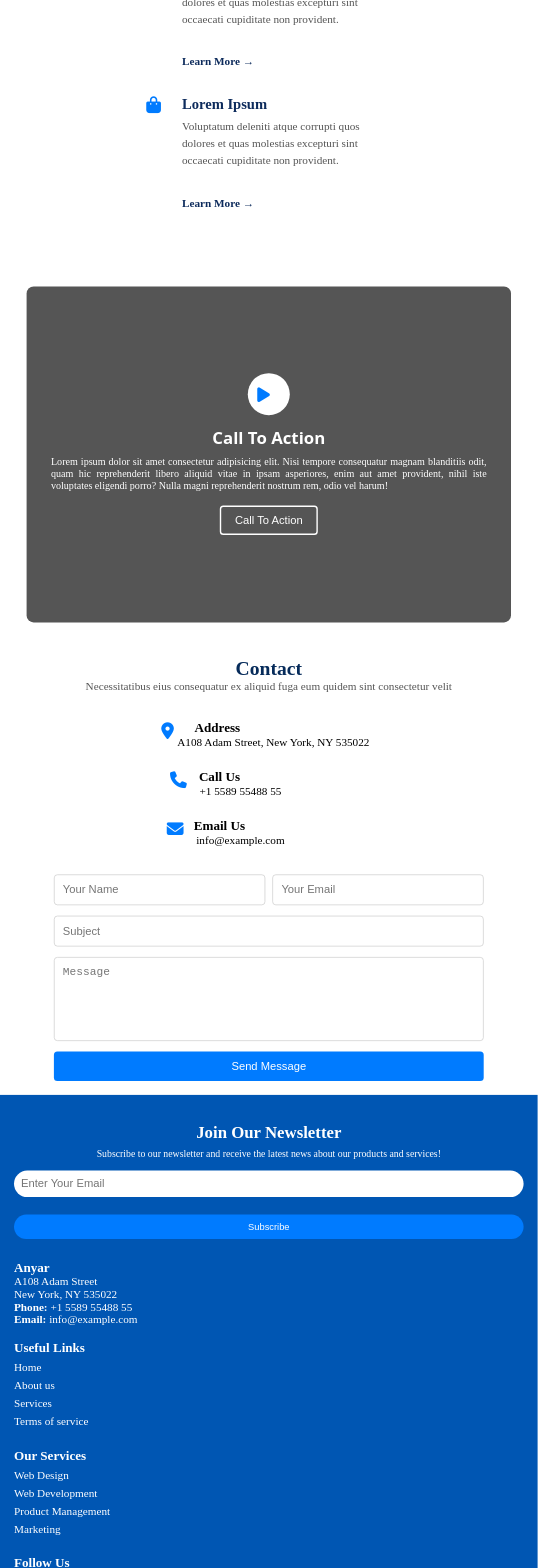
Repository: Sharathguru/web_Project
Page: Service.html
The author's editor kept a copy of each file at every save. The page is drawn from the files as they stood at one save, then again after the next save.
The browser window is 768 px wide. The pictures show the part of the page from y = 2693 to 4933 px (the page is 5095 px tall), at 70% of full size.

Above is the page before, as saved 2025-03-21 21:00:39.

After the next save:
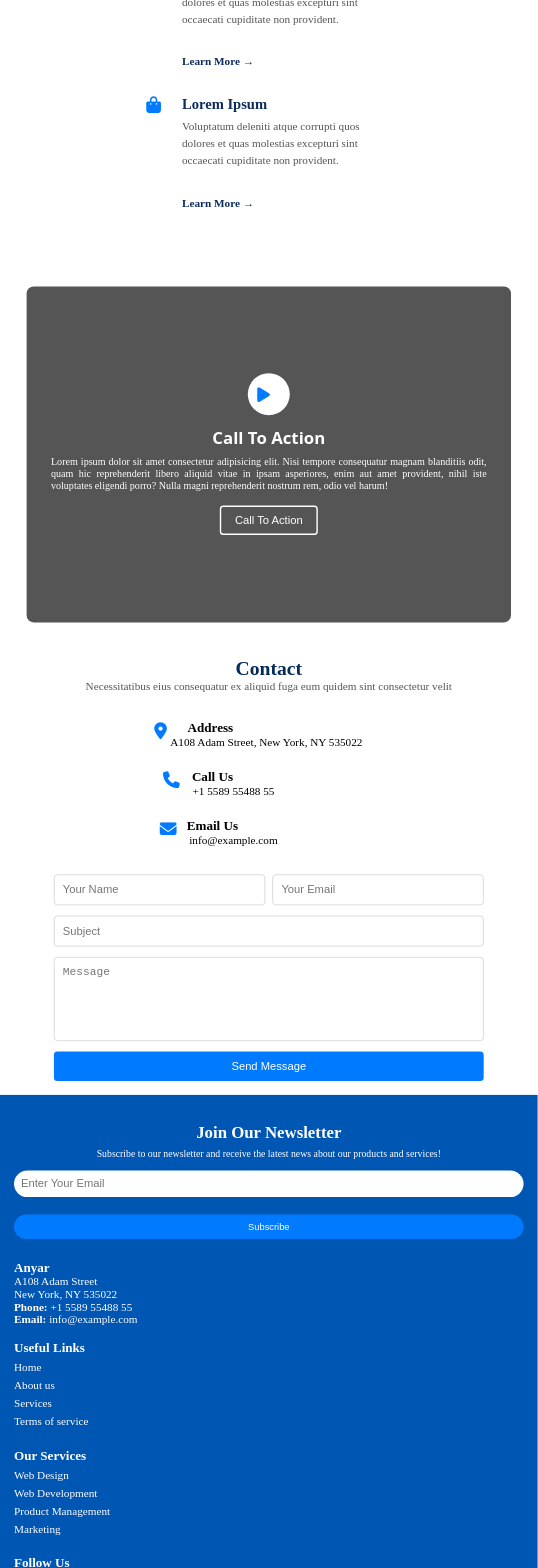
Saved 75 s later.
--- a/Service.css
+++ b/Service.css
@@ -543,6 +543,8 @@ textarea {
     }
 
     .info-item {
+        position: relative;
+        right: 10px;
         justify-content: center;
     }
 
